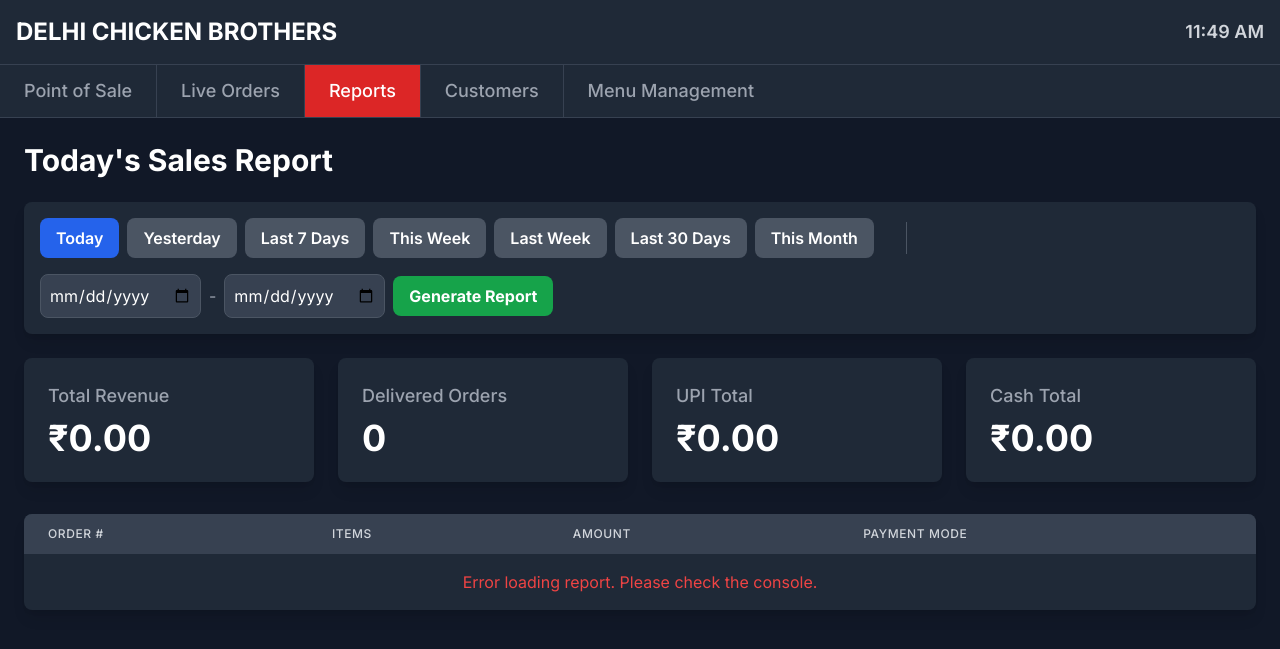
Repository: roydigital/dcb-pos-app
Page: reports.html
The author's editor kept a copy of each file at every save. The page is drawn from the files as they stood at one save, then again after the next save.
The browser window is 1280 px wide. The pictures show the whole page.
The page's requests for data from a server got no answer. Some web libraries are served in a nearby version.

Above is the page before, as saved 2025-09-18 16:24:57.

After the next save:
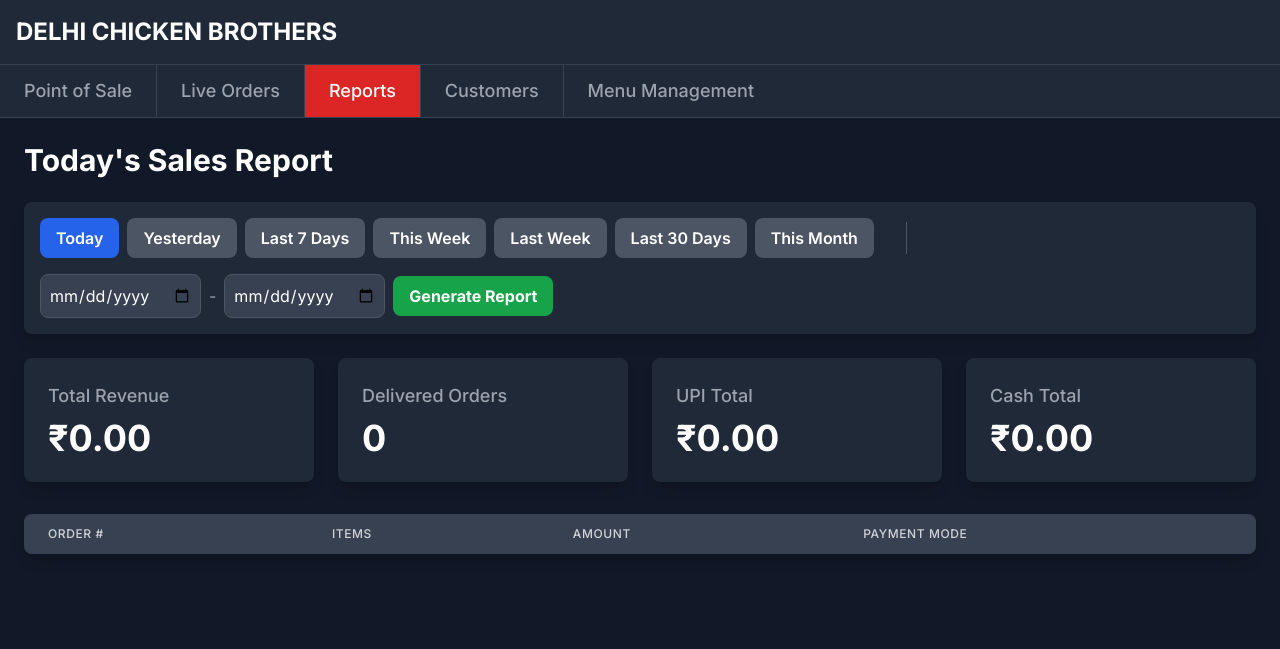
Saved 3 min 19 s later.
--- a/reports.html
+++ b/reports.html
@@ -151,22 +151,22 @@
             <h3 class="text-2xl font-bold mb-4">Order Details</h3>
             <div class="space-y-2 text-lg">
                 <p><strong>Order #:</strong> <span id="modal-order-number" class="font-mono"></span></p>
-                <p><strong>Date:</strong> <span id="modal-order-date" class="font-mono"></span></p>
+                <p><strong>Date:</strong> <span id="modal-date" class="font-mono"></span></p>
                 <p><strong>Total Amount:</strong> <span id="modal-total-amount" class="font-semibold text-green-400"></span></p>
                 <p><strong>Payment Mode:</strong> <span id="modal-payment-mode" class="capitalize"></span></p>
-                <p><strong>Customer:</strong> <span id="modal-customer-name"></span> (<span id="modal-customer-phone"></span>)</p>
+                <p><strong>Customer:</strong> <span id="modal-customer"></span></p>
                 <div class="pt-2">
                     <h4 class="text-xl font-semibold mb-2">Items:</h4>
-                    <ul id="modal-items-list" class="list-disc list-inside space-y-1 pl-2">
+                    <ul id="modal-items" class="list-disc list-inside space-y-1 pl-2">
                         <!-- Items will be populated here -->
                     </ul>
                 </div>
+                <div id="modal-notes-container" style="display: none;" class="pt-2">
+                    <h4 class="text-xl font-semibold mb-2">Notes:</h4>
+                    <p id="modal-notes" class="text-gray-300"></p>
+                </div>
             </div>
         </div>
-    </div>
-
-
-    <script>
         let currentReportOrders = [];
         const reportHeading = document.getElementById('report-heading');
         const totalRevenueEl = document.getElementById('total-revenue');

After the save that followed:
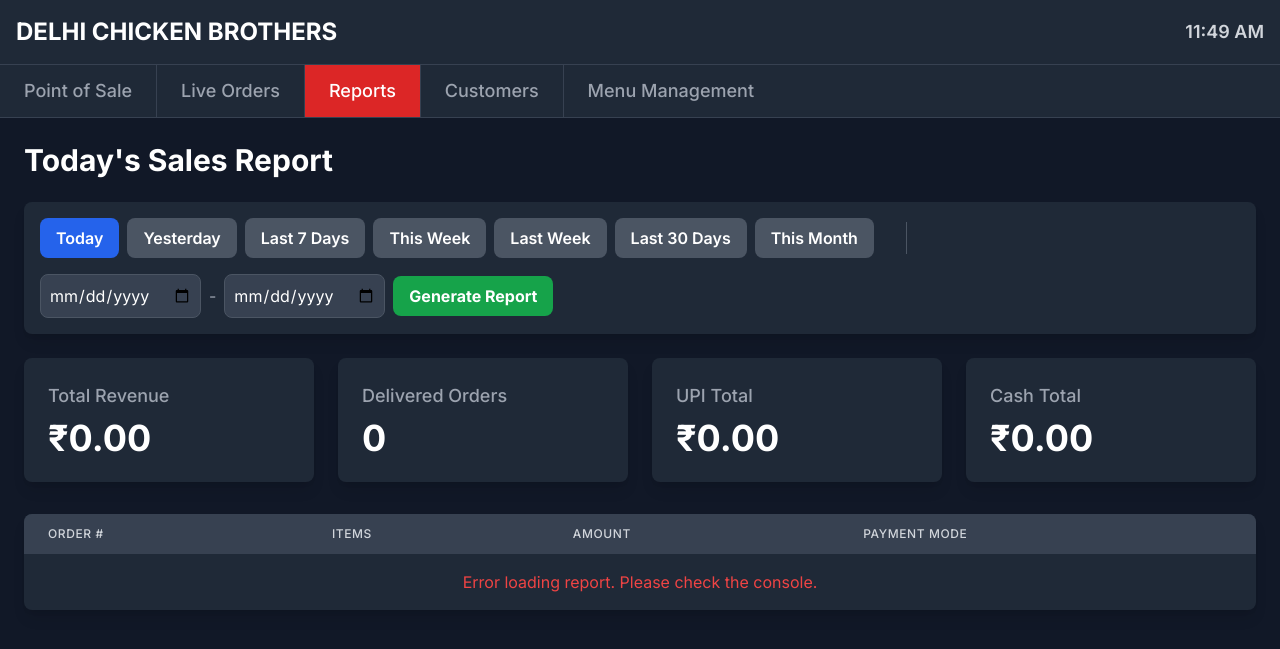
Saved 8 s later.
--- a/reports.html
+++ b/reports.html
@@ -167,6 +167,10 @@
                 </div>
             </div>
         </div>
+    </div>
+
+
+    <script>
         let currentReportOrders = [];
         const reportHeading = document.getElementById('report-heading');
         const totalRevenueEl = document.getElementById('total-revenue');
@@ -316,25 +320,6 @@
         const modal = document.getElementById('order-details-modal');
         const modalCloseBtn = document.getElementById('modal-close-btn');
 
-        function showModal(order) {
-            document.getElementById('modal-order-number').textContent = order.orderNumber;
-            document.getElementById('modal-order-date').textContent = new Date(order.orderDate).toLocaleString('en-GB');
-            document.getElementById('modal-total-amount').textContent = `₹${order.totalAmount.toFixed(2)}`;
-            document.getElementById('modal-payment-mode').textContent = order.paymentMode;
-            document.getElementById('modal-customer-name').textContent = order.customer.name;
-            document.getElementById('modal-customer-phone').textContent = order.customer.phone;
-
-            const itemsList = document.getElementById('modal-items-list');
-            itemsList.innerHTML = '';
-            order.items.forEach(item => {
-                const li = document.createElement('li');
-                li.textContent = `${item.quantity}x ${item.name} - ₹${(item.price * item.quantity).toFixed(2)}`;
-                itemsList.appendChild(li);
-            });
-
-            modal.style.display = 'flex';
-        }
-
         function hideModal() {
             modal.style.display = 'none';
         }
@@ -344,11 +329,44 @@
             if (!row) return;
 
             const orderId = row.dataset.orderId;
-            const order = currentReportOrders.find(o => o._id === orderId);
-
-            if (order) {
-                showModal(order);
+            const orderData = currentReportOrders.find(o => o._id === orderId);
+
+            if (!orderData) return;
+
+            // Correctly format and display the date
+            document.getElementById('modal-date').textContent = new Date(orderData.createdAt).toLocaleString('en-IN', { dateStyle: 'long', timeStyle: 'short' });
+
+            // Populate standard fields
+            document.getElementById('modal-order-number').textContent = `#${orderData.orderNumber}`;
+            document.getElementById('modal-total-amount').textContent = `₹${orderData.totalAmount.toFixed(2)}`;
+            document.getElementById('modal-payment-mode').textContent = orderData.paymentMode;
+
+            // Correctly display customer details with a fallback
+            const customerName = orderData.customerName || 'Walk-in Customer';
+            const customerPhone = orderData.customerPhone || 'N/A';
+            document.getElementById('modal-customer').textContent = `${customerName} (${customerPhone})`;
+
+            // Correctly generate and display the items list
+            const itemsListEl = document.getElementById('modal-items');
+            itemsListEl.innerHTML = ''; // Clear previous items
+            orderData.items.forEach(item => {
+                const li = document.createElement('li');
+                li.textContent = `${item.quantity}x ${item.name} - ₹${item.price.toFixed(2)}`;
+                itemsListEl.appendChild(li);
+            });
+
+            // Correctly display the notes, but only if they exist
+            const notesContainer = document.getElementById('modal-notes-container');
+            const notesContent = document.getElementById('modal-notes');
+            if (orderData.notes && orderData.notes.trim() !== '') {
+                notesContent.textContent = orderData.notes;
+                notesContainer.style.display = 'block'; // Show the notes section
+            } else {
+                notesContainer.style.display = 'none'; // Hide if no notes
             }
+
+            // Show the modal
+            document.getElementById('order-details-modal').style.display = 'flex';
         });
 
         modalCloseBtn.addEventListener('click', hideModal);
